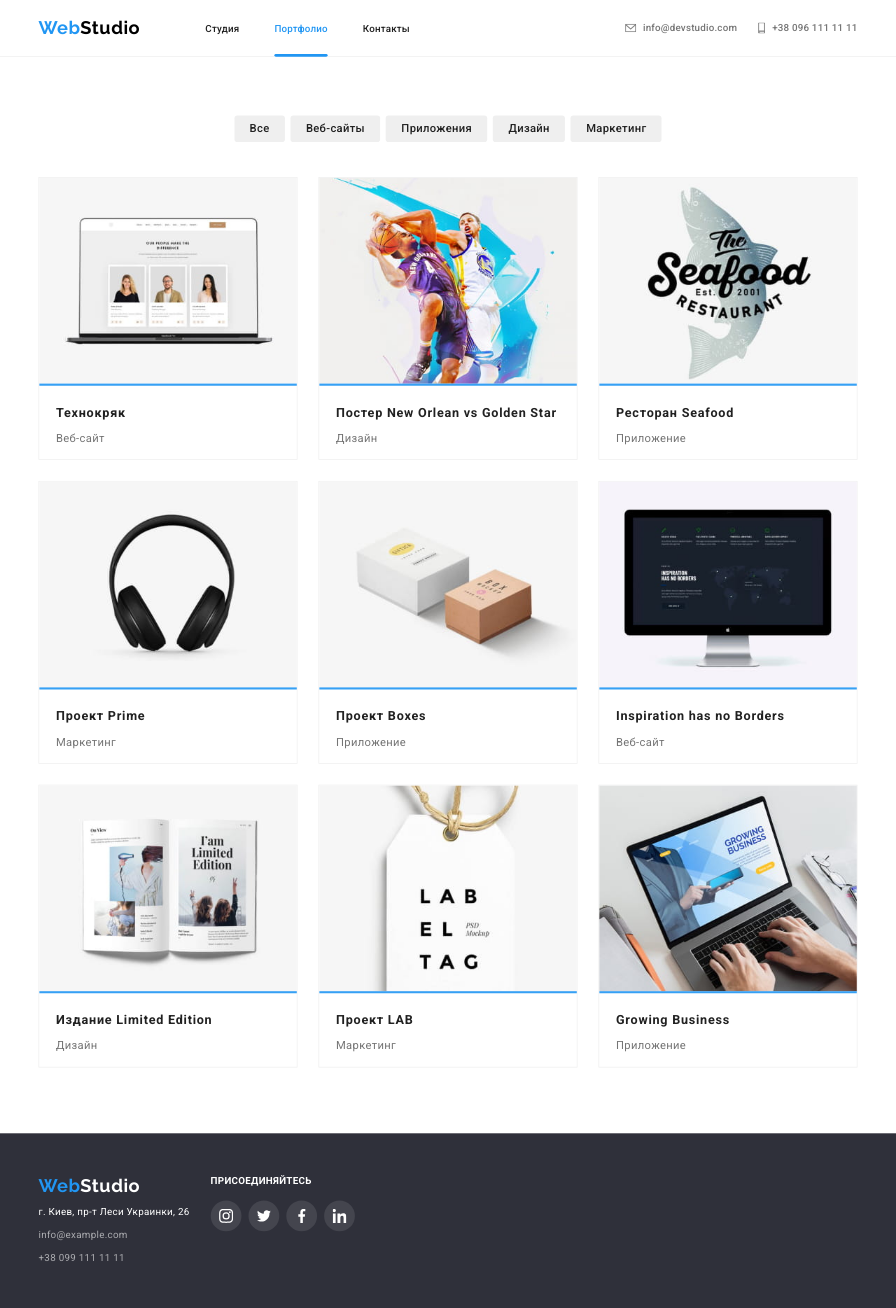
Repository: UliyaKucherernko/home-work-8
Page: porfolio.html
The author's editor kept a copy of each file at every save. The page is drawn from the files as they stood at one save, then again after the next save.
The browser window is 1280 px wide. The pictures show the whole page, at 70% of full size.

Above is the page before, as saved 2021-04-14 12:41:50.

After the next save:
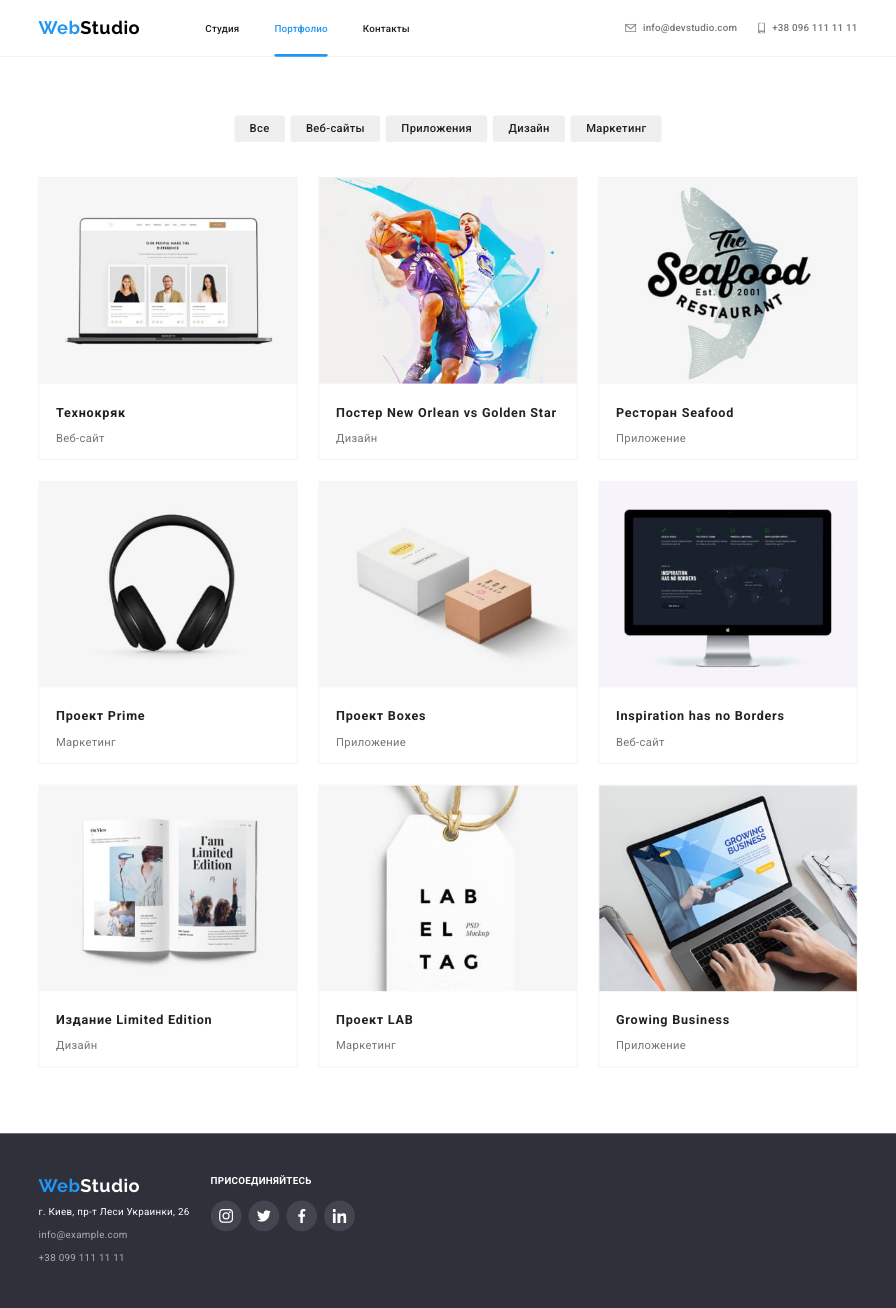
Saved 2 min 46 s later.
--- a/css/styles.css
+++ b/css/styles.css
@@ -394,7 +394,6 @@ button:focus {
   top: 0;
   left: 0;
   width: 370px;
-  height: 294px;
   background-color: rgba(33, 150, 243, 0.9);
   /*  opacity: 0; */
 }
